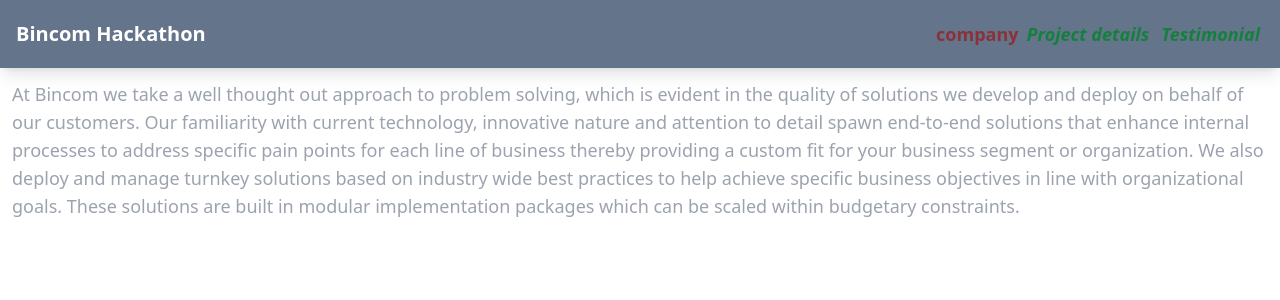
Repository: Semanmernstack/Bincom
Page: /about
The author's editor kept a copy of each file at every save. The page is drawn from the files as they stood at one save, then again after the next save.
The browser window is 1280 px wide. The pictures show the whole page.
The project was rebuilt for these pictures with package versions that can differ from the ones it lists, and the page was loaded fresh each time. The framework's server and built-in components were replaced by stand-ins that run in the browser. Also part of the build but not shown: next.config.mjs.

Above is the page before, as saved 2024-01-25 23:52:02.

### app/layout.tsx
import type { Metadata } from "next";
import { Inter } from "next/font/google";
import "./globals.css";
import Nav from "./components/Nav";

const inter = Inter({ subsets: ["latin"] });

export const metadata: Metadata = {
  title: "Create Next App",
  description: "Generated by create next app",
};

export default function RootLayout({
  children,
}: Readonly<{
  children: React.ReactNode;
}>) {
  return (
    <html lang="en">
      <body className=" ">
        <Nav/>
        {children}
      </body>
    </html>
  );
}

### app/about/page.tsx
import React from 'react'

function page() {
  return (
    <div className='p-3 text-gray-400  text-sm md:text-lg'>
        <span className=''>
            At Bincom we take a well thought out approach to problem solving, which is evident in the quality of solutions we develop and deploy on behalf of our customers. Our familiarity with current technology, innovative nature and attention to detail spawn end-to-end solutions that enhance internal processes to address specific pain points for each line of business thereby providing a custom fit for your business segment or organization. We also deploy and manage turnkey solutions based on industry wide best practices to help achieve specific business objectives in line with organizational goals. These solutions are built in modular implementation packages which can be scaled within budgetary constraints.
        </span>
    </div>


  )
}

export default page

### app/components/Nav.tsx
"use client"
import Link from 'next/link'
import { usePathname } from 'next/navigation'
import React from 'react'
const Linkk = [
    {
        href: "/about",
        title: "company"
    },
    {
        href: "/winner",
        title: "Project details"
    },
    {
        href: "/testimony",
        title: "Testimonial",
    },
]

function Nav() {
    const pathname = usePathname()
  return (
    <div className=' flex items-center justify-between   bg-slate-500 p-4 shadow-lg'>
        <Link href={'/'}>
            <h1 className='text-xl text-white font-extrabold'> Bincom Hackathon  </h1>
        </Link>
        <div className='flex items-center justify-center gap-1 text-red-300 '>
            {Linkk.map((d, i) => (
            <div className='' key={i}>
                {pathname === d.href ? (
                <Link href={d.href} className=' flex  text-sm sm:text-lg text-red-800 font-bold animate-pulse'>
                    {d.title}
                </Link>


                ):(
                    <Link href= {d.href }
                    className="flex items-center justify-center p-1   gap-3 italic sm:font-semibold hover:border rounded-lg text-green-700   dark:text-white text-sm sm:text-lg font-semibold transition duration-100  "
                    >
                        {d.title}
                    </Link>

                )}
            </div>

        ))}

        </div>





</div>
  )
}

export default Nav

Loaded but not shown: app/globals.css (common file); tailwind.config.ts (common file)

After the next save:
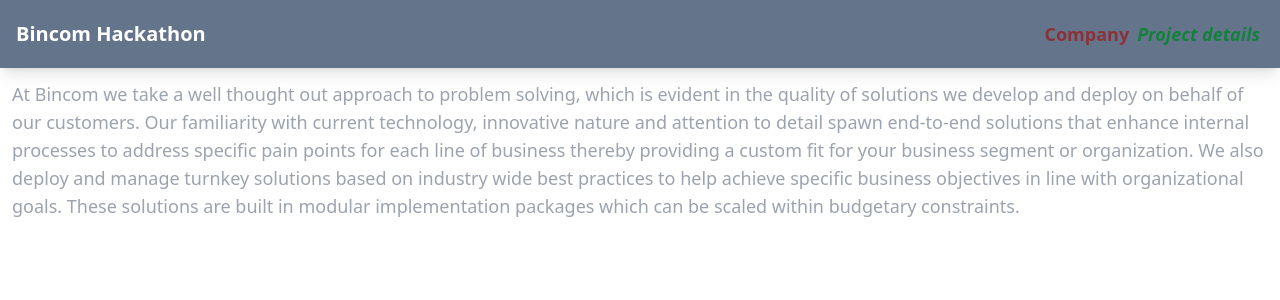
Saved 64 s later.
--- a/app/components/Nav.tsx
+++ b/app/components/Nav.tsx
@@ -5,16 +5,13 @@ import React from 'react'
 const Linkk = [
     {
         href: "/about",
-        title: "company"
+        title: "Company"
     },
     {
         href: "/winner",
         title: "Project details"
     },
-    {
-        href: "/testimony",
-        title: "Testimonial",
-    },
+
 ]
 
 function Nav() {
